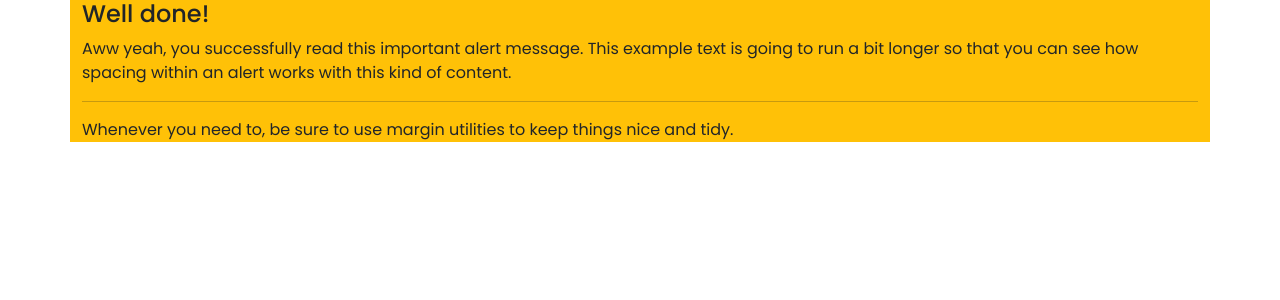
Repository: isaacCodes1/My-Project
Page: alert.html
An editor plug-in stored every save of this project. The page is shown before and after the next save, followed by the edit.
The browser window is 1280 px wide. The pictures show the whole page.

Above is the page before, as saved 2024-03-21 15:32:01.

After the next save:
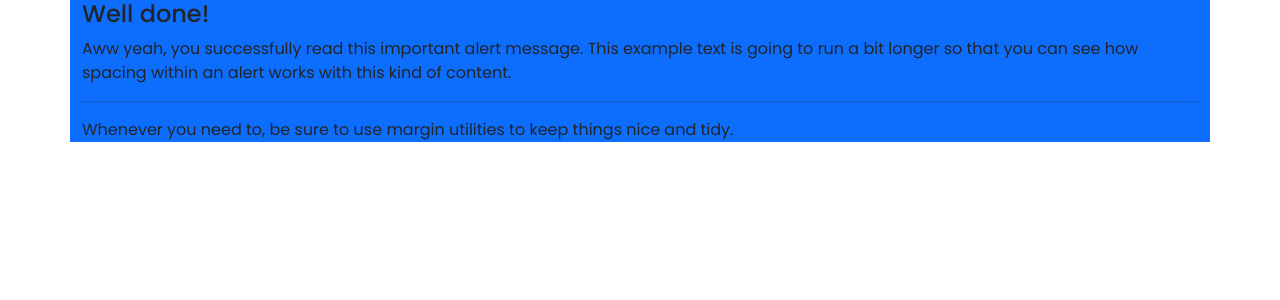
Saved 6 s later.
--- a/alert.html
+++ b/alert.html
@@ -18,7 +18,7 @@
     <title>Document</title>
   </head>
   <body>
-    <div class=" container border-1 bg-warning  alert-success" role="alert">
+    <div class=" container border-1 bg-primary  alert-success" role="alert">
       <h4 class="alert-heading">Well done!</h4>
       <p>
         Aww yeah, you successfully read this important alert message. This
